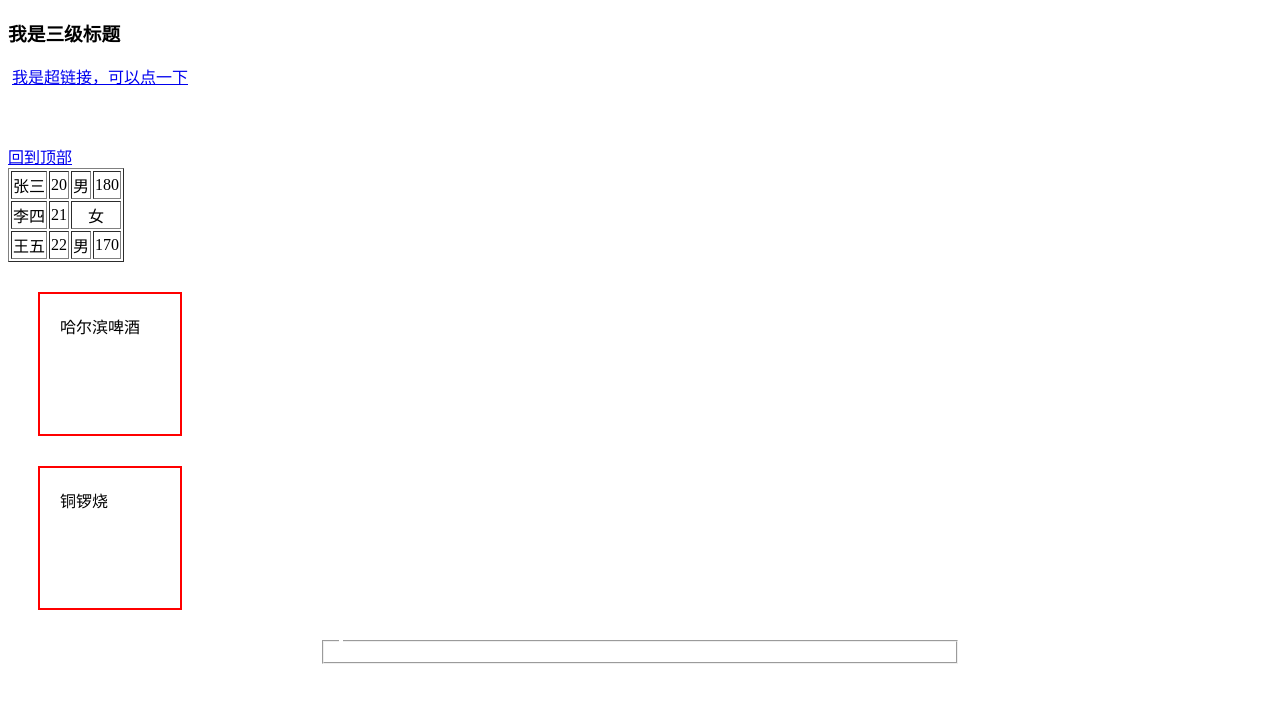
Repository: wyhzglgithub/mygitremote
Page: test.html
The author's editor kept a copy of each file at every save. The page is drawn from the files as they stood at one save, then again after a run of saves.
The browser window is 1280 px wide. The pictures show the whole page.

Above is the page before, as saved 2021-10-11 13:42:33.

### test.html
<!DOCTYPE html>
<html lang="en">
<head>
    <meta charset="UTF-8">
    <meta http-equiv="X-UA-Compatible" content="IE=edge">
    <meta name="viewport" content="width=device-width, initial-scale=1.0">
    <title>Document</title>

    <style type="text/css">
        div{
            width: 100px;
            height: 100px;
            border: 2px solid red;
            padding: 20px;
            margin: 30px;
        }

        form{
           width: 100%;
           max-width: 640px;
           min-width: 320px;
           margin: 0 auto;
           font-family: "Microsoft Yahei";
           font-size: 20px;
        }

        input{
            display: block;
            width: 100%;
            height: 30px;
            margin: 10px 0;
        }

    </style>
</head>
<body>
    <h3>我是三级标题</h3>
    <img src="" alt="" />
    <a name="name1" href="https://www.baidu.com" title="悬停文本">我是超链接，可以点一下</a>
    <pre>

    </pre>
    <a href="#name1">回到顶部</a>

    <table border="1">
        <tr>
            <td>张三</td>
            <td>20</td>
            <td>男</td>
            <td>180</td>
        </tr>
        <tr>
            <td>李四</td>
            <td>21</td>
            <td colspan="2" align="center">女</td>
        </tr>
        <tr>
            <td>王五</td>
            <td>22</td>
            <td>男</td>
            <td>170</td>
        </tr>
    </table>

    <div>哈尔滨啤酒</div>
    <div>铜锣烧</div>

    <form action="">
        <fieldset>
            <legend></legend>
        </fieldset>
    </form>


</body>
</html>

After the next 3 saves:
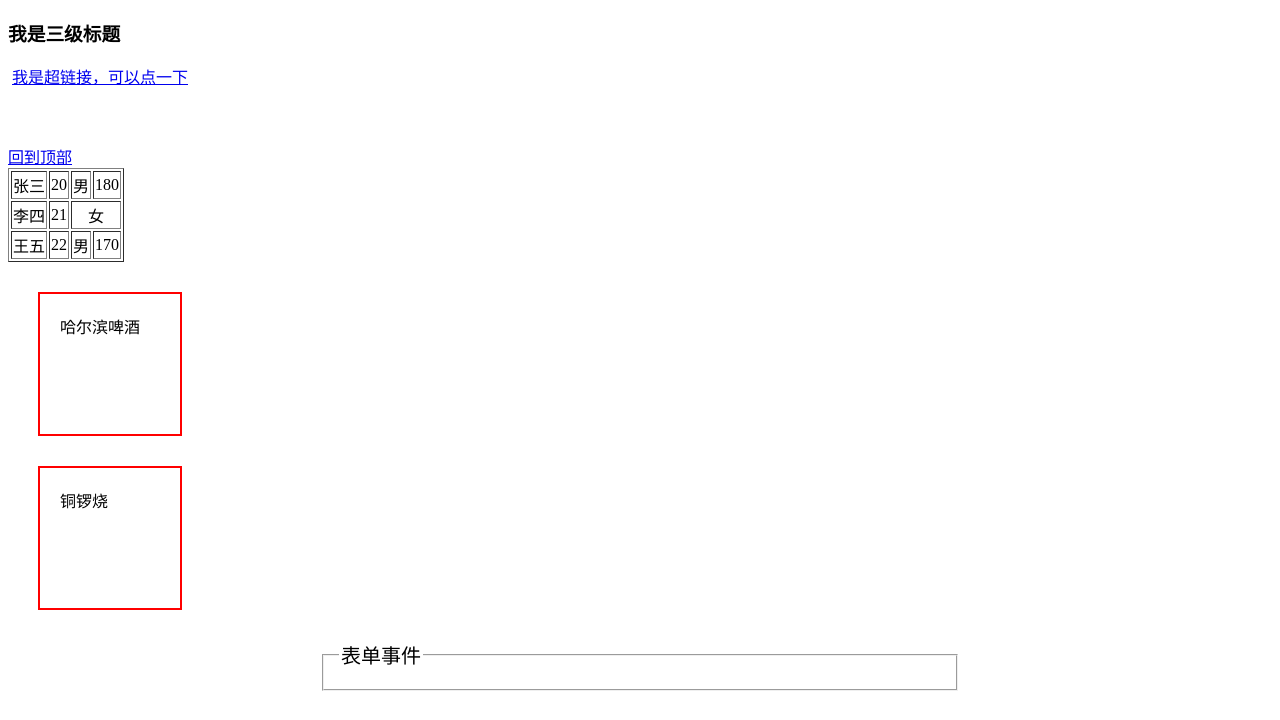
The 3 saves are shown as one change because they came seconds apart.
The last was saved 13 s later.
--- a/test.html
+++ b/test.html
@@ -67,7 +67,8 @@
 
     <form action="">
         <fieldset>
-            <legend></legend>
+            <legend>表单事件</legend>
+
         </fieldset>
     </form>
 
